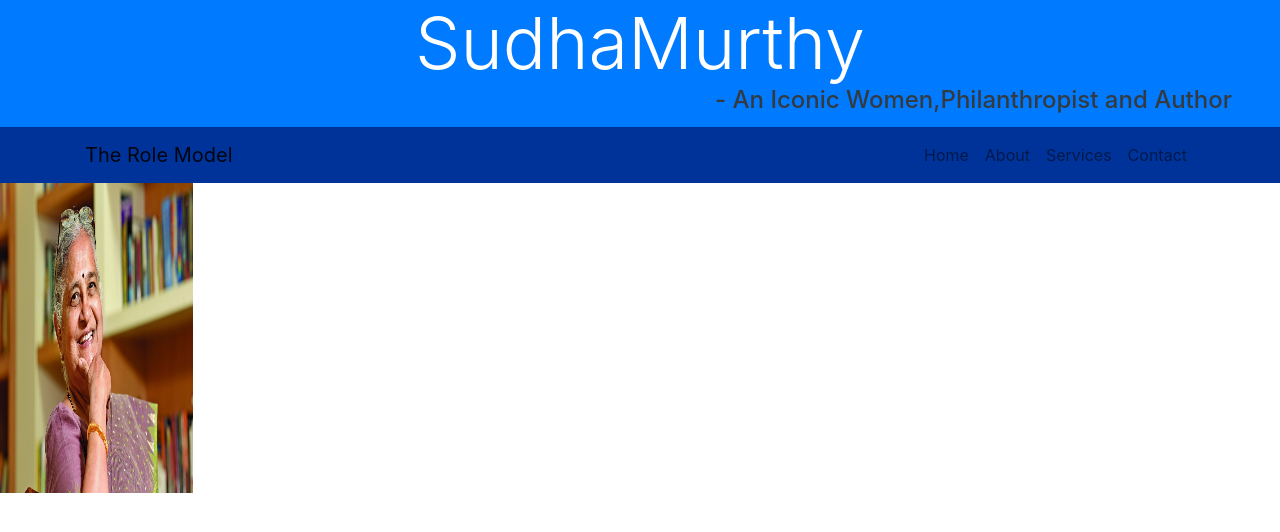
Repository: sumanthr18/RoleModel
Page: index.html
The author's editor kept a copy of each file at every save. The page is drawn from the files as they stood at one save, then again after the next save.
The browser window is 1280 px wide. The pictures show the whole page.

Above is the page before, as saved 2020-03-14 16:57:11.

### index.html
<!DOCTYPE html>
<html lang="en">
<head>
    <meta charset="UTF-8">
    <meta name="viewport" content="width=device-width, initial-scale=1.0">
    <title>SudhaMurthy</title>
    <link rel="stylesheet" href="https://stackpath.bootstrapcdn.com/bootstrap/4.4.1/css/bootstrap.min.css" integrity="sha384-Vkoo8x4CGsO3+Hhxv8T/Q5PaXtkKtu6ug5TOeNV6gBiFeWPGFN9MuhOf23Q9Ifjh" crossorigin="anonymous">
</head>
<body>
    <header class="bg-primary pb-1">
        <h1 class="display-3 text-center my-0 text-white ">SudhaMurthy</h1>
        <h4 class="text-right mr-5 text-dark">- An Iconic Women,Philanthropist and Author</h4>
    </header>
    <nav style="background-color: #003399;" class="navbar navbar-expand-sm navbar-light mb-0">
        <div class="container">
            <a class="navbar-brand " href="#">The Role Model</a>
            <button class="navbar-toggler" data-toggle="collapse" data-target="#navbarNav">
                <span class="navbar-toggler-icon"></span>
            </button>
            <div class="collapse navbar-collapse" id="navbarNav">
                <ul class="navbar-nav ml-auto">
                    <li class="nav-item">
                        <a class="nav-link" href="#">Home</a>
                    </li>
                    <li class="nav-item">
                        <a class="nav-link" href="#">About</a>
                    </li>
                    <li class="nav-item">
                        <a class="nav-link" href="#">Services</a>
                    </li>
                    <li class="nav-item">
                        <a class="nav-link" href="#">Contact</a>
                    </li>
                </ul>
            </div>
        </div>
    </nav>
    <div class="d-inline-block">
        <img style="width:35%;height:310px" src="Sudha_Murty_1-update.jpg">

    </div>
</body>
</html>

After the next save:
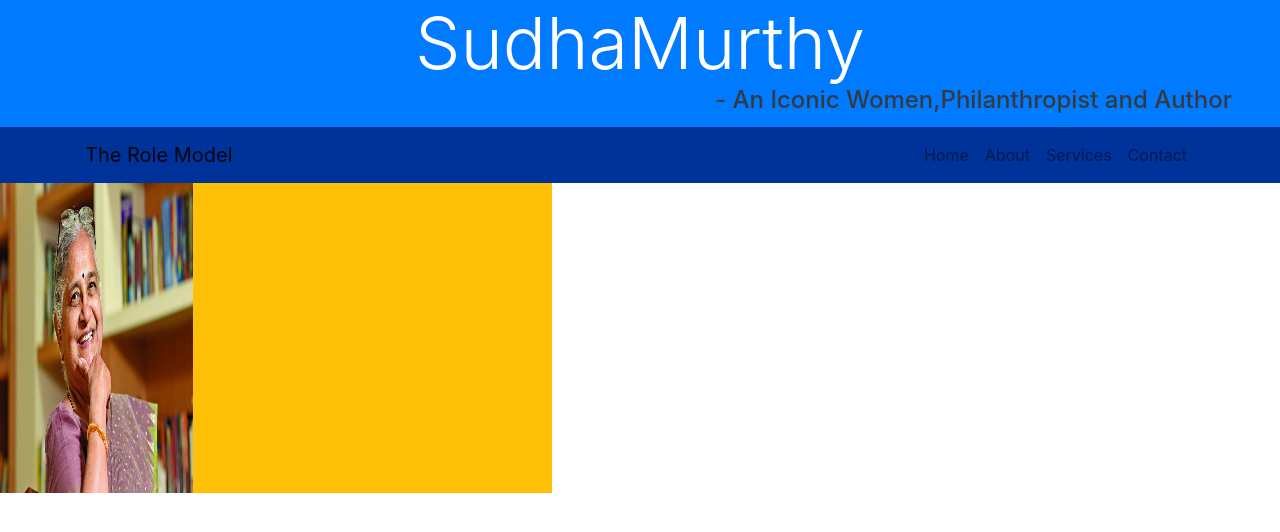
Saved 11 s later.
--- a/index.html
+++ b/index.html
@@ -35,7 +35,7 @@
             </div>
         </div>
     </nav>
-    <div class="d-inline-block">
+    <div class="d-inline-block bg-warning">
         <img style="width:35%;height:310px" src="Sudha_Murty_1-update.jpg">
 
     </div>
